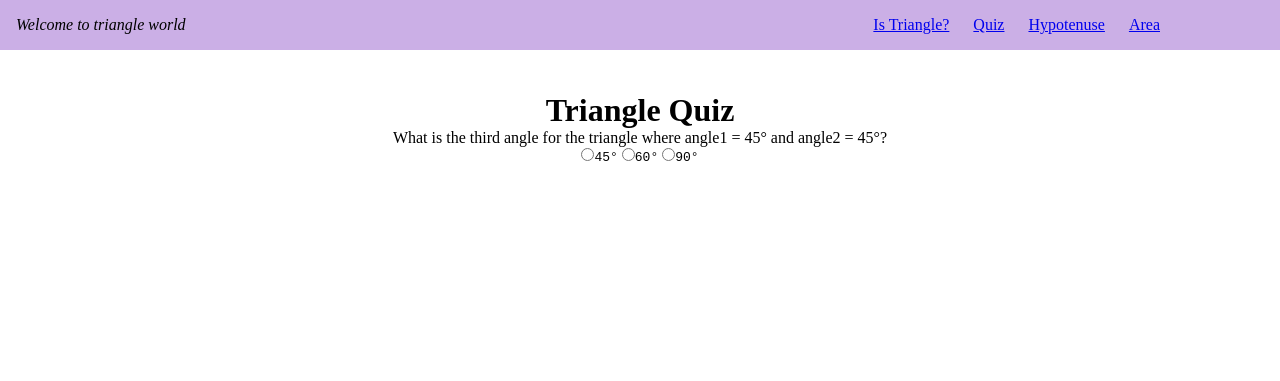
Repository: patelamancode/Fun-with-trianles
Page: quiz.html
The author's editor kept a copy of each file at every save. The page is drawn from the files as they stood at one save, then again after the next save.
The browser window is 1280 px wide. The pictures show the whole page.

Above is the page before, as saved 2022-11-28 19:01:19.
Console error: TypeError: Cannot read properties of null (reading 'addEventListener')

### quiz.html
<!DOCTYPE html>
<html lang="en">
<head>
    <meta charset="UTF-8">
    <meta http-equiv="X-UA-Compatible" content="IE=edge">
    <meta name="viewport" content="width=device-width, initial-scale=1.0">
    <link rel="stylesheet" href="index.css">
    <title>Quiz-page</title>
</head>
<body>
    <nav id="navbar">
        <p id="nav-title">Welcome to triangle world</p>
        <div id="nav-links">
            <a href="index.html" id="Is-triangle">Is Triangle?</a>
            <a href="quiz.html" id="Is-triangle">Quiz</a>
            <a href="hypotenuse.html" id="hypo">Hypotenuse</a>
            <a href="area.html" id="area">Area</a>
        </div>
    </nav>
    <div id="main-container">
        <h1>Triangle Quiz</h1>
        <form >
            <div class="question-container">
                <p>What is the third angle for the triangle where angle1 = 45° and angle2 = 45°?</p>
                <label for="value1"><input type="radio" name="question1" />45°</label>
                <label for="value2"><input type="radio" name="question1" />60°</label>
                <label for="value3"><input type="radio" name="question1" />90°</label>
            </div>
        </form>
    </div>
    <script src="index.js"></script>
</body>
</html>

### index.css
* {
  margin: 0;
  padding: 0;
}

#navbar {
  background-color: rgba(143, 82, 201, 0.459);
  display: flex;
  flex-direction: row;
  justify-content: space-between;
  padding: 1rem;
}
#nav-title {
  font-style: italic;
  font-weight: 300;
  font-size: medium;
}
#nav-links {
  display: flex;
  flex-direction: row;
  justify-content: space-around;
  margin-right: 5rem;
}

#nav-links a {
    display: flex;
    margin-right: 1.5rem;
    cursor: pointer;
}

#main-container {
  display: flex;
  flex-direction: column;
  width: 40vw;
  margin: auto;
  margin-top: 2rem;
  padding: 10px;
  text-align: center;
}

.app-title {
  margin: 2rem 0 0 0;
}

#error-check-for-angles{
  background-color: yellow;
  display: none;
  padding: 0.5rem;
}

label {
  margin-top: 2rem;
  margin-bottom: 0.3rem;
  text-align: left;
  font-family: monospace;
}
input {
  border: 2px solid rgb(134, 55, 207);
  border-radius: 5px;
  padding: 5px;
}

/* For Quiz page */

.question-container{


}



#check-btn {
  margin: auto;
  text-align: center;
  margin-top: 2rem;
  width: 40%;
  padding: 5px 0px;
  background-color: rgba(143, 82, 201, 0.521);
  border: 1px solid;
  border-radius: 5px;
}
#result-display {
    display: none;
    padding-top: 1rem;
    font-style: italic;
    margin: auto;
  }

### index.js
const angle1 = document.querySelector('#angle1-input');
const angle2 = document.querySelector('#angle2-input');
const angle3 = document.querySelector('#angle3-input');
const button = document.querySelector('#check-btn');
const output = document.querySelector('#result-display');
const errorForInputs = document.querySelector('#error-check-for-angles');

// function errorForInputs(msg){
//     errorForInputs.style.display = "flex";
//     errorForInputs.innerText = msg;
// }
function showOutputMessage(msg){
    output.style.display = "flex";
    output.innerText = msg;
}
// For Is triangle :
function calculateSumOfAngles(input1,input2,input3){
    const sumOfAngles = input1 +input2 +input3;
    if(sumOfAngles === 180){
        showOutputMessage("Yeah..🤗This is a triangle");
    }else {
        showOutputMessage("Please enter some valid inputs to form a triangle 🤪");
    }
}
function isTriangle(){
    var num1 = Number(angle1.value);
    var num2 = Number(angle2.value);
    var num3 = Number(angle3.value);
    if(!num1 || !num2 || !num3){
        console.log("Please make sure about all inputs as per mention format");
    }else {
        calculateSumOfAngles(num1,num3,num3);
    }
}

// For Quiz :





button.addEventListener('click', function(){
    isTriangle();
})

After the next save:
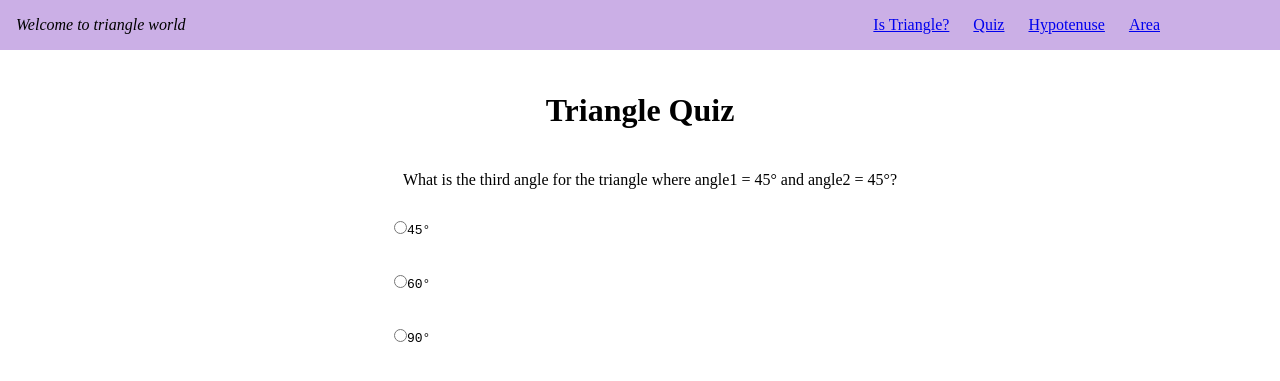
Saved 66 s later.
--- a/index.css
+++ b/index.css
@@ -63,7 +63,12 @@ input {
 /* For Quiz page */
 
 .question-container{
-
+  display: flex;
+  flex-direction: column;
+  width: 40vw;
+  margin: auto;
+  margin-top: 2rem;
+  padding: 10px;
 
 }
 
